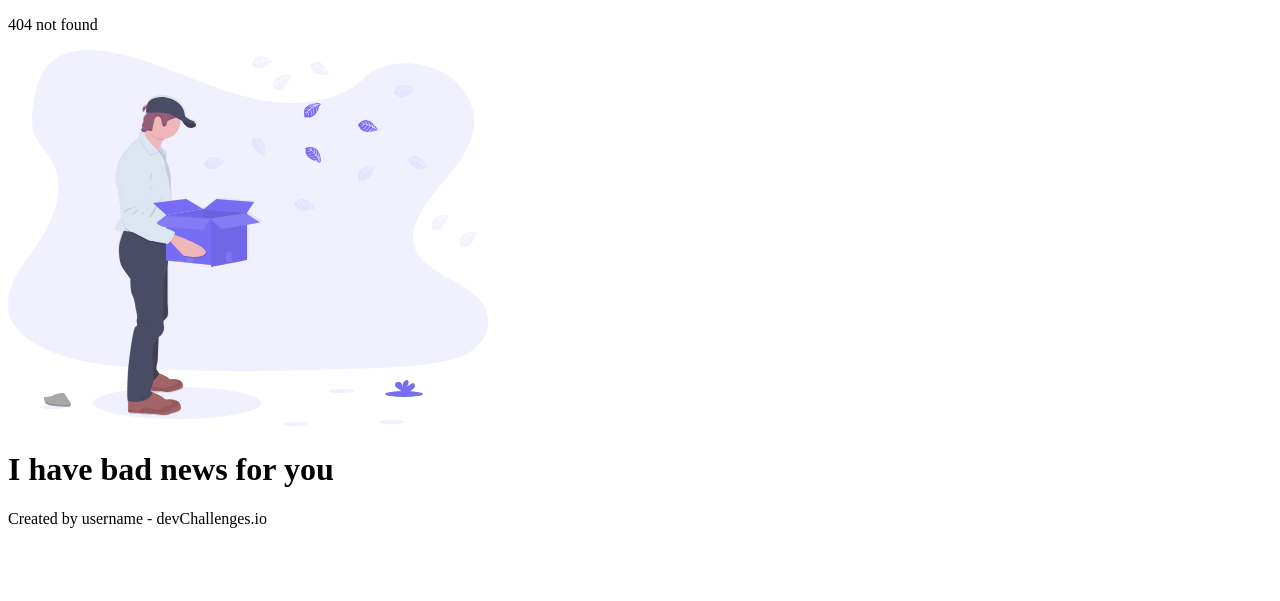
Repository: georgisenze/404-not-found-challeng
Page: index.html
An editor plug-in stored every save of this project. The page is shown before and after a run of saves, followed by the edit.
The browser window is 1280 px wide. The pictures show the whole page.

Above is the page before, as saved 2023-02-14 07:12:28.

### index.html
<!DOCTYPE html>
<html lang="en">
<head>
    <meta charset="UTF-8">
    <meta http-equiv="X-UA-Compatible" content="IE=edge">
    <meta name="viewport" content="width=device-width, initial-scale=1.0">
    <title>404 page not found</title>
</head>
<body>
    <div class="main">
        <header>
            <p>404 not found</p>
        </header>

        <div class="container">
            <div class="row">
                <div class="col-6">
                    <img src="assets/img/404-illustration.svg" alt="">
                </div>
                <div class="col-6">
                    <div class="col-2">
                        <h1>I have bad news for  you</h1>
                    </div>
                    <div class="col-2">
                        <p></p>
                    </div>
                    <div class="col-2"></div>
                </div>
            </div>
        </div>

        <footer>
            <p>Created by <span>username</span> - devChallenges.io </p>
        </footer>

    </div>

</body>
</html>

After the next 2 saves:
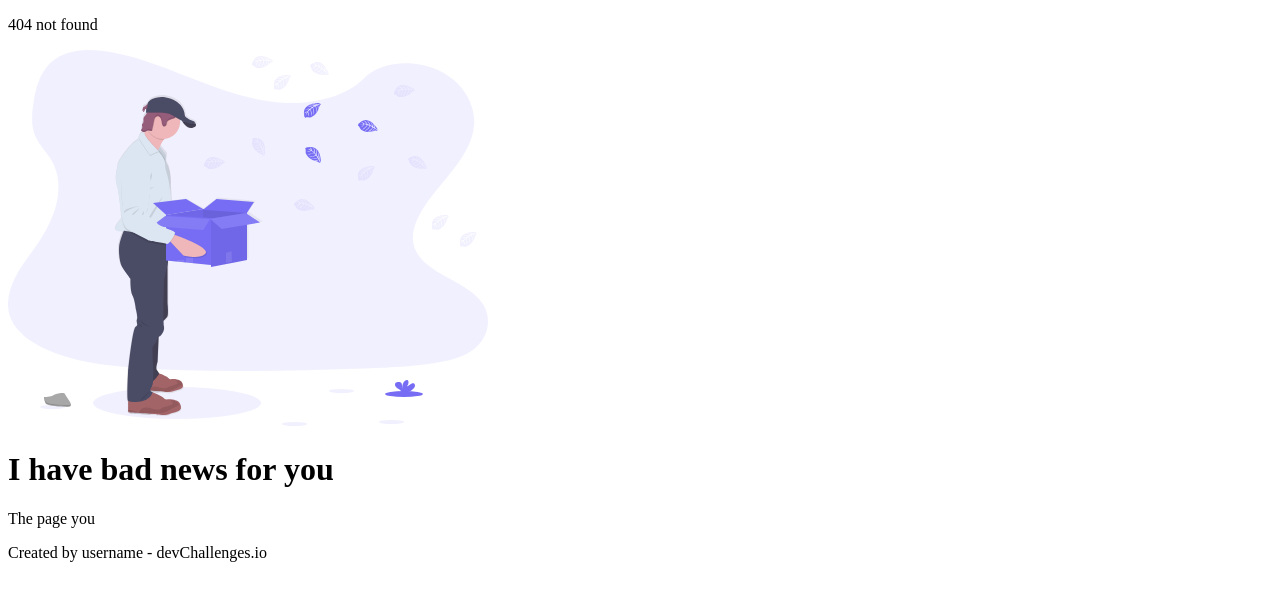
The 2 saves are shown as one change because they came seconds apart.
The last was saved 9 s later.
--- a/index.html
+++ b/index.html
@@ -22,7 +22,7 @@
                         <h1>I have bad news for  you</h1>
                     </div>
                     <div class="col-2">
-                        <p></p>
+                        <p>The page you </p>
                     </div>
                     <div class="col-2"></div>
                 </div>
